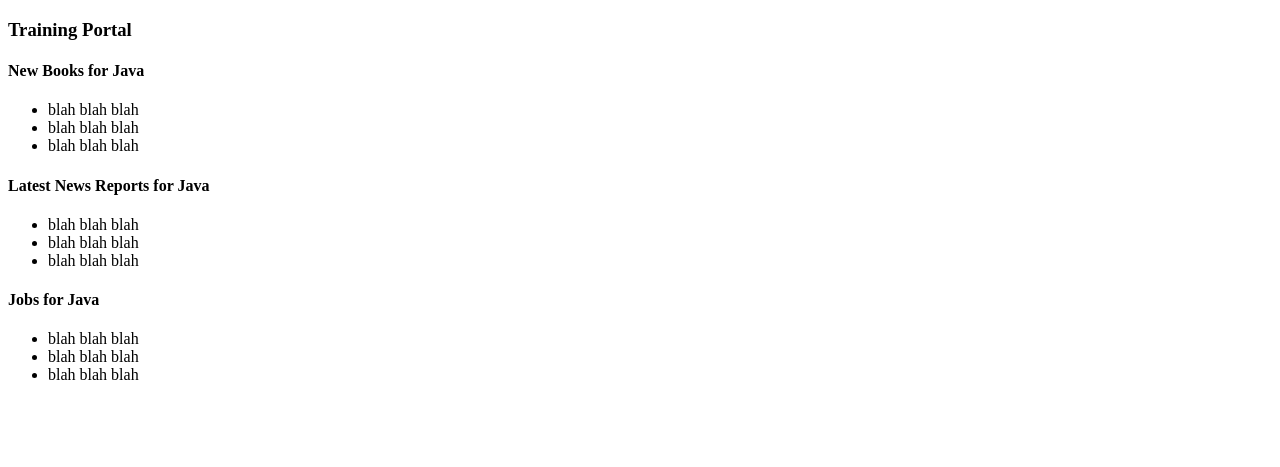
Repository: KMagee/JSP_Course
Page: http://localhost/jspdemo/cookies-homepage.jsp
These files come from the project's save history. The page is drawn as it stood at one moment and after the next save; the edit follows.
The browser window is 1280 px wide. The pictures show the whole page.
The page is served by Tomcat 9.

Above is the page before, as saved 2017-11-04 22:15:35.

After the next save:
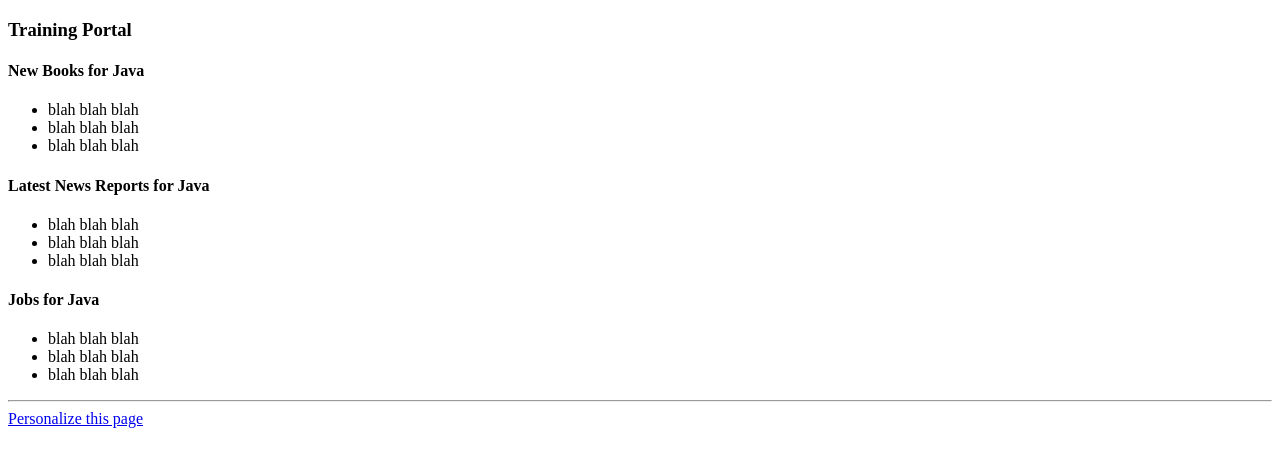
Saved 67 s later.
--- a/jspdemo/WebContent/cookies-homepage.jsp
+++ b/jspdemo/WebContent/cookies-homepage.jsp
@@ -81,7 +81,8 @@ if(theCookies != null){
 
 
 
-
+<hr>
+<a href="cookies-personalize-form.html">Personalize this page</a>
 
 
 
